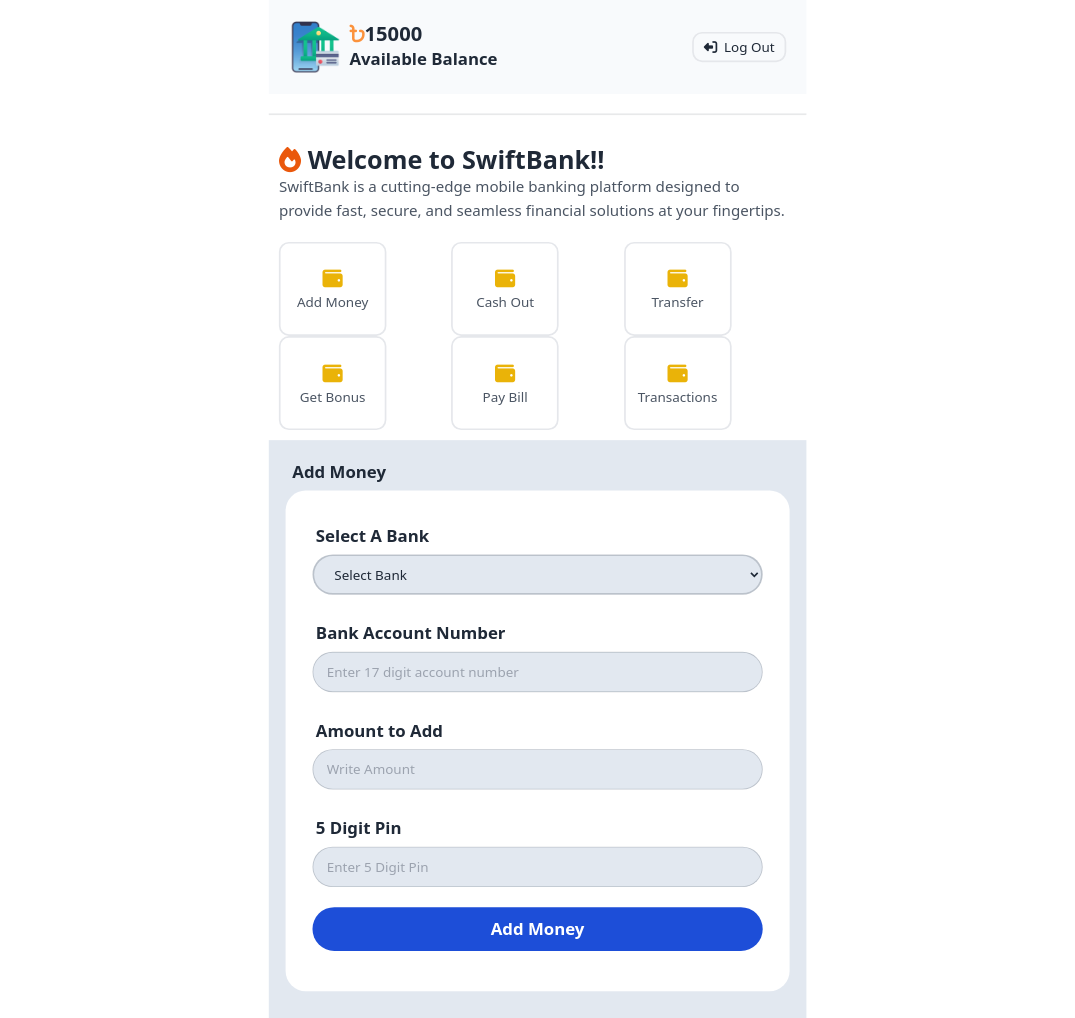
Repository: mukaddam-coder/swift-bank-mobile-banking
Page: home.html
An editor plug-in stored every save of this project. The page is shown before and after the next save, followed by the edit.
The browser window is 1280 px wide. The pictures show the whole page, at 84% of full size.
Some web libraries are served in a nearby version.

Above is the page before, as saved 2024-12-16 21:19:01.

### home.html
<!DOCTYPE html>
<html lang="en">
<head>
    <meta charset="UTF-8">
    <meta name="viewport" content="width=device-width, initial-scale=1.0">
    <title>SwiftBank</title>
    <!-- Fontawesome CDN -->
    <script src="https://kit.fontawesome.com/c4e7b2ed2f.js" crossorigin="anonymous"></script>
    <!-- Google Fonts -->
    <link rel="preconnect" href="https://fonts.googleapis.com">
    <link rel="preconnect" href="https://fonts.gstatic.com" crossorigin>
    <link href="https://fonts.googleapis.com/css2?family=Montserrat:ital,wght@0,100..900;1,100..900&display=swap" rel="stylesheet">
    <!-- Tailwind + DaisyUi CDN -->
    <link href="https://cdn.jsdelivr.net/npm/daisyui@4.12.19/dist/full.min.css" rel="stylesheet" type="text/css" />
    <script src="https://cdn.tailwindcss.com"></script>

</head>
<body>

<main>
  <div class="w-1/2 mx-auto p-6 bg-slate-50 h-full flex justify-between items-center">
    <div class="flex gap-2">
        <!-- Logo -->
    <div>
    <img class="w-16 h-16" src="images/mobile-banking.png">
    </div>
    <div>
   <h2 class="text-2xl font-bold" id="main-balance">
   <i class="fa-solid fa-bangladeshi-taka-sign text-orange-400"></i>15000</h2>
   <p class="font-semibold text-xl">Available Balance</p>
</div>
</div>
<div>
<button class="border-2 w-28 px-1 py-1 rounded-xl"> <i class="fa-solid fa-right-from-bracket rotate-180 mr-2"></i>Log Out</button>
</div>
        </div>
    <div class="divider w-1/2 mx-auto"></div>
    <!-- Greetings Section -->
        <section class="w-1/2 mx-auto p-3">
            <h1 class="font-bold text-3xl"><i class="fa-solid fa-fire text-orange-600 text-3xl mr-2"></i>Welcome to SwiftBank!!</h1>
            <p class="text-gray-600 text-lg">
                SwiftBank is a cutting-edge mobile banking platform designed to provide fast, secure, and seamless financial solutions at your fingertips.
            </p>
        </section>
     <!-- User Actionable Dashboard -->

     <section class="w-1/2 mx-auto">
        <div class="grid grid-cols-3 p-3">
          <div class=>
            <button id="show-add-money-section" class="border-2 w-32 h-28 rounded-xl bg-white text-gray-600">
            <p>
              <i class="fa-solid fa-wallet text-yellow-500 text-2xl"></i>
            </p>
            Add Money
           </button>
        </div>
          <div class>
             <button id="show-cash-out-section" class="border-2 w-32 h-28 rounded-xl bg-white text-gray-600">
              <p><i class="fa-solid fa-wallet text-yellow-500 text-2xl"></i></p>
                Cash Out
              </button>
            </div>
          <div>
          <button id="show-money-transfer-section" class="border-2 w-32 h-28 rounded-xl bg-white text-gray-600">
              <p><i class="fa-solid fa-wallet text-2xl text-yellow-500"></i></p>
                Transfer
              </button>
            </div>
          <div class="">
        <button id="show-get-bonus-section" class="border-2 w-32 h-28 rounded-xl bg-white text-gray-600">
            <p><i class="fa-solid fa-wallet text-2xl text-yellow-500"></i></p>
                Get Bonus
            </button>
          </div>
        <div class="">
          <button id="show-pay-bill-section" class="border-2 w-32 h-28 rounded-xl bg-white text-gray-600">
              <p><i class="fa-solid fa-wallet text-2xl text-yellow-500"></i></p>
                      Pay Bill
            </button>
          </div>
        <div class="">
          <button id="show-transaction-history" class="border-2 w-32 h-28 rounded-xl bg-white text-gray-600">
              <p><i class="fa-solid fa-wallet text-2xl text-yellow-500"></i></p>
                      Transactions
              </button>
            </div>

        </div>
      </section>
      <!-- Add Money Section Start -->
      <section id ="add-money-section" class="w-1/2 mx-auto px-5 py-4 bg-slate-200">
        <h2 class="p-2 font-bold text-xl">Add Money</h2>
        <form class="card-body bg-white rounded-3xl">
            <div class="form-control mb-4">
              <label class="label">
                <span class="label-text font-semibold text-xl">Select A Bank</span>
              </label>
              <select id="bank"  class="input-bordered rounded-full bg-slate-200 h-12 px-5 border-2">
                <option value="Select Bank">Select Bank</option>
                <option value="AB Bank PLC">AB Bank PLC</option>
                <option value="Bangladesh Commerce Bank Limited">Bangladesh Commerce Bank Limited</option>
                <option value="Islami Bank Bangladesh PLC">Islami Bank Bangladesh PLC</option>
                <option value="Dutch-Bangla Bank PLC">Dutch-Bangla Bank PLC</option>
                <option value="Jamuna Bank Limited">Jamuna Bank Limited</option>
                <option value="Trust Bank PLC">Trust Bank PLC</option>
              </select>
              </div>
            <div class="form-control mb-4">
              <label class="label">
                <span class="label-text font-semibold text-xl">Bank Account Number</span>
              </label>
              <input id="input-bank-account-field" type="text" placeholder="Enter 17 digit account number" class="input input-bordered rounded-full bg-slate-200" required />
            </div>
            <div class="form-control mb-4">
              <label class="label">
                <span class="label-text font-semibold text-xl">Amount to Add</span>
              </label>
              <input id="input-amount-field" type="text" placeholder="Write Amount" class="input input-bordered rounded-full bg-slate-200" required />
              </div>
            <div class="form-control mb-4">
              <label class="label">
                <span class="label-text font-semibold text-xl">5 Digit Pin</span>
              </label>
              <input id="input-add-money-pin-number" type="password" placeholder="Enter 5 Digit Pin" class="input input-bordered rounded-full bg-slate-200" required />
              </div>
            <div class="form-control mb-4">
              <button id="btn-add-money" class="bg-blue-700 font-bold text-xl text-white p-3 rounded-full">Add Money</button>
            </div>
          </form>
          <!-- Result Message -->
        <p id="result-message" class="text-center font-bold text-lg mt-4"></p>
      </section>
      <!-- Add Money Section End -->

      <!-- Cash Out Section Start -->
      <section id ="cash-out-section" class="hidden w-1/2 mx-auto px-5 py-4 bg-slate-200">
        <h2 class="p-2 font-bold text-xl">Cash Out</h2>
        <form class="card-body bg-white rounded-3xl">
            <div class="form-control mb-4">
              <label class="label">
                <span class="label-text font-semibold text-xl">Agent Number</span>
              </label>
              <input type="number" id="input-cash-out-phone" placeholder="Enter 11 digit number" class="input input-bordered rounded-full bg-slate-200" maxlength="11" required >
              </div>
             <div class="form-control mb-4">
              <label class="label">
                <span class="label-text font-semibold text-xl">Withdrawal Amount</span>
              </label>
              <input id="input-cash-out-field" type="text" placeholder="Write Amount" class="input input-bordered rounded-full bg-slate-200" required />
            </div>
            <div class="form-control mb-4">
              <label class="label">
                <span class="label-text font-semibold text-xl">5 Digit Pin</span>
              </label>
              <input id="input-cash-out-pin-number" type="password" placeholder="Enter 5 Digit Pin" class="input input-bordered rounded-full bg-slate-200" required />
              </div>
          <div class="form-control mb-4">
              <button id="btn-cash-out" class="bg-blue-700 font-bold text-xl text-white p-3 rounded-full">Cash Out</button>
            </div>
          </form>
      </section>
     <!-- Cash Out Section End -->

     <!-- Money Transfer Section Start -->
     <section id ="money-transfer-section" class="hidden w-1/2 mx-auto px-5 py-4 bg-slate-200">
      <h2 class="p-2 font-bold text-xl">Money Transfer</h2>
      <form class="card-body bg-white rounded-3xl">
          <div class="form-control mb-4">
            <label class="label">
              <span class="label-text font-semibold text-xl">User Account Number</span>
            </label>
            <input type="number" id="input-money-transfer-number" placeholder="Enter 11 digit number" class="input input-bordered rounded-full bg-slate-200" maxlength="11" required >
            </div>
           <div class="form-control mb-4">
            <label class="label">
              <span class="label-text font-semibold text-xl">Amount</span>
            </label>
            <input id="input-money-transfer-amount" type="text" placeholder="Enter Amount to transfer" class="input input-bordered rounded-full bg-slate-200" required />
          </div>
          <div class="form-control mb-4">
            <label class="label">
              <span class="label-text font-semibold text-xl">5 Digit Pin</span>
            </label>
            <input id="input-money-transfer-pin" type="password" placeholder="Enter 5 Digit Pin" class="input input-bordered rounded-full bg-slate-200" required />
            </div>
           <div class="form-control mb-4">
            <button id="btn-money-transfer" class="bg-blue-700 font-bold text-xl text-white p-3 rounded-full">Send Now</button>
          </div>
        </form>
    </section>
     <!-- Money Transfer Section End -->

     <!-- Get Bonus Section Start -->
     <section id ="get-bonus-section" class="hidden w-1/2 mx-auto px-5 py-4 bg-slate-200">
      <h2 class="p-2 font-bold text-xl">Get Bonus</h2>
      <form class="card-body bg-white rounded-3xl">
          <div class="form-control mb-4">
            <label class="label">
              <span class="label-text font-semibold text-xl">Bonus Coupon</span>
            </label>
            <input type="text" id="input-bonus-coupon" placeholder="Enter coupon code" class="input input-bordered rounded-full bg-slate-200" maxlength="11" required >
            </div>

           <div class="form-control mb-4">
            <button id="btn-get-bonus" class="bg-blue-700 font-bold text-xl text-white p-3 rounded-full">Get Bonus</button>
          </div>
        </form>
    </section>
     <!-- Get Bonus Section End -->

     <!-- Pay Bill Section Start -->
     <section id ="pay-bill-section" class="hidden w-1/2 mx-auto px-5 py-4 bg-slate-200">
      <h2 class="p-2 font-bold text-xl">Pay Bill</h2>
      <form class="card-body bg-white rounded-3xl">
          <div class="form-control mb-4">
            <label class="label">
              <span class="label-text font-semibold text-xl">Select to Pay</span>
            </label>
            <select id="payment-list"  class="input-bordered rounded-full bg-slate-200 h-12 px-5 border-2">
              <option value="Select option">Select Payment Option</option>
              <option value="Electricity Bill">Electricity Bill</option>
              <option value="Gas Bill">Gas Bill</option>
              <option value="Water Bill">Water Bill</option>
              <option value="Internet Bill">Internet Bill</option>
              <option value="Mobile Recharge">Mobile Recharge</option>
              <option value="Tax Payments">Tax Payments</option>
              <option value="College/University Tuition Fees">College/University Tuition Fees</option>
              <option value="Bus/Train Tickets">Bus/Train Tickets</option>
              <option value="Bus/Train Tickets">Passport or Visa Fees</option>
              <option value="Credit Card Bill Payments">Credit Card Bill Payments</option>
            </select>
            </div>
           <div class="form-control mb-4">
            <label class="label">
              <span class="label-text font-semibold text-xl">Billar Account Number</span>
            </label>
            <input id="input-billar-account-number-field" type="text" placeholder="Enter account number" class="input input-bordered rounded-full bg-slate-200" required />
            </div>
          <div class="form-control mb-4">
            <label class="label">
              <span class="label-text font-semibold text-xl">Amount to Pay</span>
            </label>
            <input id="input-pay-bill-amount-field" type="number" placeholder="Write Amount" class="input input-bordered rounded-full bg-slate-200" required />
            </div>
          <div class="form-control mb-4">
            <label class="label">
              <span class="label-text font-semibold text-xl">5 Digit Pin</span>
            </label>
            <input id="input-pay-bill-pin-number" type="password" placeholder="Enter 5 Digit Pin" class="input input-bordered rounded-full bg-slate-200" required />
            </div>
          <div class="form-control mb-4">
            <button id="btn-pay-bill" class="bg-blue-700 font-bold text-xl text-white p-3 rounded-full">Pay Now</button>
          </div>
        </form>
        <!-- Result Message -->
        <p id="result-message" class="text-center font-bold text-lg mt-4"></p>
    </section>
     <!-- Pay Bill Section End -->

     <!-- Transaction History Start -->
     <section id ="transaction-history-section" class="hidden w-1/2 mx-auto px-5 py-4 bg-slate-200">
      <div class="flex justify-between items-center">
        <h2 class="p-2 font-bold text-xl">Transaction History</h2>
        <p class="p-2">
          <a href="#">View All</a>
        </p>
      </div>

      <div id="transaction-container">

      </div>
    </section>
     <!-- Transaction History End -->
      <script src="Jscript/utilities.js"></script>
      <script src="Jscript/add-money.js"></script>
      <script src="Jscript/cash-out.js"></script>
      <script src="Jscript/features.js"></script>
      <script src="Jscript/money-transfer.js"></script>
      <script src="Jscript/bonus.js"></script>
      <script src="Jscript/pay-bill.js"></script>
       </main>

</body>
</html>

### Jscript/utilities.js
function getInputFieldValueById(id){
    const inputValue = document.getElementById(id).value;
    const inputNumber = parseFloat(inputValue);
    return inputNumber;
}


function getTextFieldValueById(id){
    const textValue = document.getElementById(id).innerText;
    const textNumber = parseFloat(textValue);
    return textNumber;
}

function showSectionById(id){
    // Hide all the section
    document.getElementById('add-money-section').classList.add('hidden');
    document.getElementById('cash-out-section').classList.add('hidden');
    document.getElementById('money-transfer-section').classList.add('hidden');
    document.getElementById('get-bonus-section').classList.add('hidden');
    document.getElementById('pay-bill-section').classList.add('hidden');
//    Show the section with the provided id
    document.getElementById(id).classList.remove('hidden');
};

### Jscript/features.js

// The add money section will show when the add money button is clicked.
document.getElementById('show-add-money-section').addEventListener('click', function(){
    showSectionById('add-money-section');
});

// The cash-out section will show when the cash-out button is clicked.
document.getElementById('show-cash-out-section').addEventListener('click', function(){
    showSectionById('cash-out-section')
});

// The money transfer section will show when the money transfer button is clicked.

document.getElementById('show-money-transfer-section').addEventListener('click', function(){
    showSectionById('money-transfer-section');
});


document.getElementById('show-get-bonus-section').addEventListener('click', function(){
    showSectionById('get-bonus-section');
});

document.getElementById('show-pay-bill-section').addEventListener('click', function(){
    showSectionById('pay-bill-section');
});


document.getElementById('show-transaction-history').addEventListener('click', function(){
    showSectionById('transaction-history-section');
})

### Jscript/bonus.js
document.getElementById('btn-get-bonus').addEventListener('click', function(event){
    event.preventDefault();
    const getBonusInput = document.getElementById('input-bonus-coupon').value.trim();
    const mainBalanceText = document.getElementById('main-balance').innerText;
    const mainBalance = parseFloat(mainBalanceText);
    const couponCode = 'BONUS10';

    if(getBonusInput === couponCode){
        const bonusAmount = 100;
        const newBalance = mainBalance + bonusAmount;
        document.getElementById('main-balance').innerText = newBalance;
    }
    else{
        alert('Invalid Coupon Code! Please try again.')
    }
})

### Jscript/pay-bill.js
document.getElementById('btn-pay-bill').addEventListener('click', function(event){
         event.preventDefault();

         const paymentList = document.getElementById('payment-list').value;
         const accountNumber = getInputFieldValueById('input-billar-account-number-field');
         const payBillAmount = getInputFieldValueById('input-pay-bill-amount-field');
         const payBillPin = getInputFieldValueById('input-pay-bill-pin-number');

         const mainBalance = getTextFieldValueById('main-balance');

         if(isNaN(payBillAmount)){
            alert('Please enter a positive number.');
            return;
         }

         if(payBillAmount <= 0){
            alert('Please enter a valid amount greater than 0.');
            return;
         }

         if(payBillAmount > mainBalance){
            alert('You do not have sufficient balance to complete the payment.')
            return;
         }

         if(payBillPin === 19945 && accountNumber === 1629501006323){
            const newBalance = mainBalance - payBillAmount;
            document.getElementById('main-balance').innerText = newBalance;
               // add to transaction history
               const transactionDiv = document.createElement('div');
               transactionDiv.classList.add('bg-white', 'rounded-xl', 'p-4', 'mb-4');
               transactionDiv.innerHTML = `
                   <div class = "flex items-center gap-2">
                       <p><i class="fa-solid fa-wallet text-2xl text-yellow-500 rounded-full bg-slate-200 px-3 py-2"></i></p>
                       <h2 class="p-2 font-bold text-lg">${paymentList}</h2>
                       <p class="text-md">BDT ${payBillAmount} paid for ${paymentList}</p>
                       <p class="text-sm text-gray-600">Payment successful! Remaining Balance: BDT ${newBalance}</p>
                   </div>`;

               // Append transaction to the transaction history container
               document.getElementById('transaction-container').appendChild(transactionDiv);
         }

         else{
            alert('Invalid PIN or Account Number! Please try again.')
         }
})

Loaded but not shown: Jscript/money-transfer.js (54 lines, source omitted); Jscript/cash-out.js (53 lines, source omitted); Jscript/add-money.js (48 lines, source omitted)

After the next save:
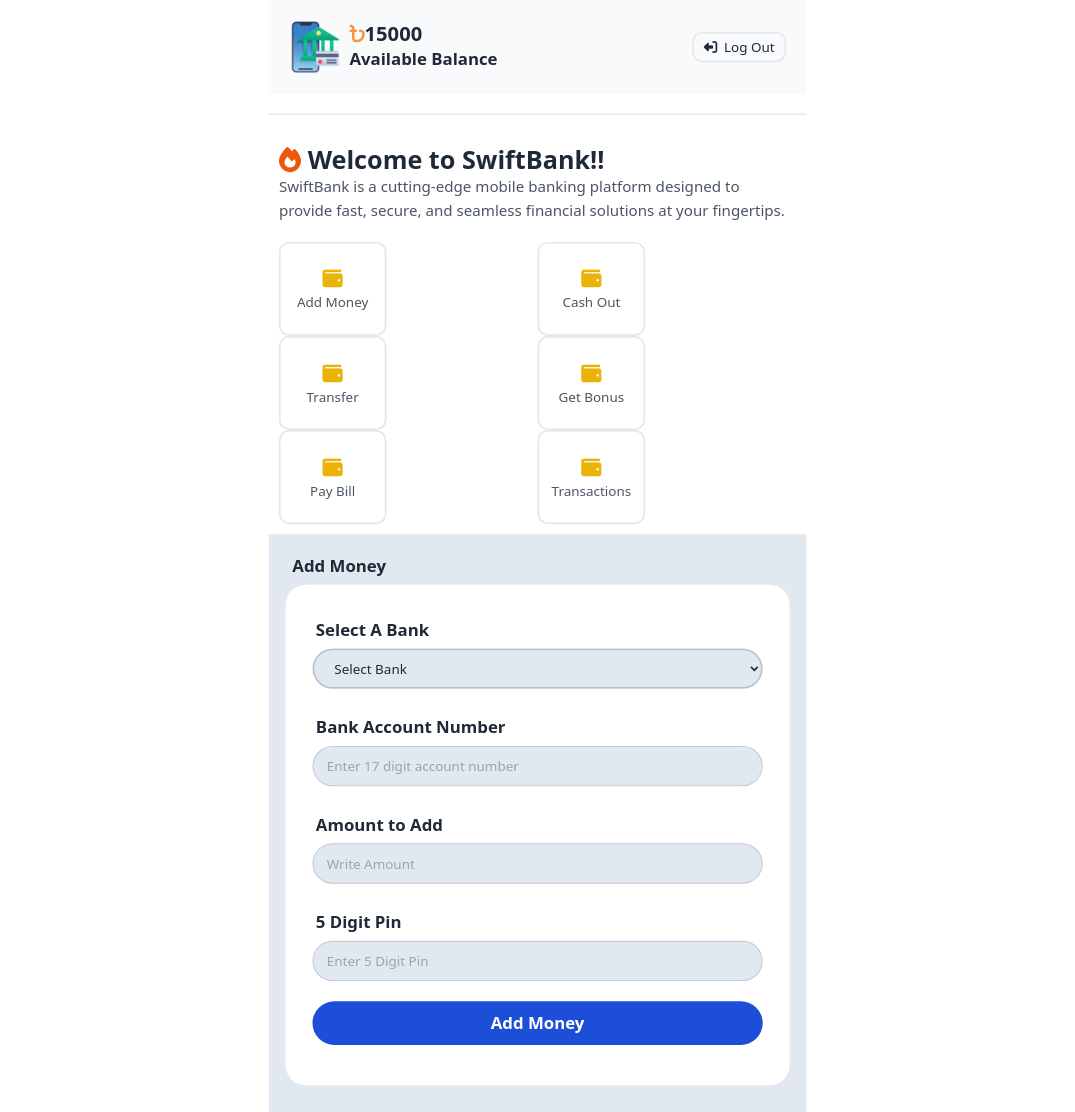
Saved 43 s later.
--- a/home.html
+++ b/home.html
@@ -45,7 +45,7 @@
      <!-- User Actionable Dashboard -->
 
      <section class="w-1/2 mx-auto">
-        <div class="grid grid-cols-3 p-3">
+        <div class="grid grid-cols-3 sm:grid-cols-2 p-3">
           <div class=>
             <button id="show-add-money-section" class="border-2 w-32 h-28 rounded-xl bg-white text-gray-600">
             <p>

After the save that followed:
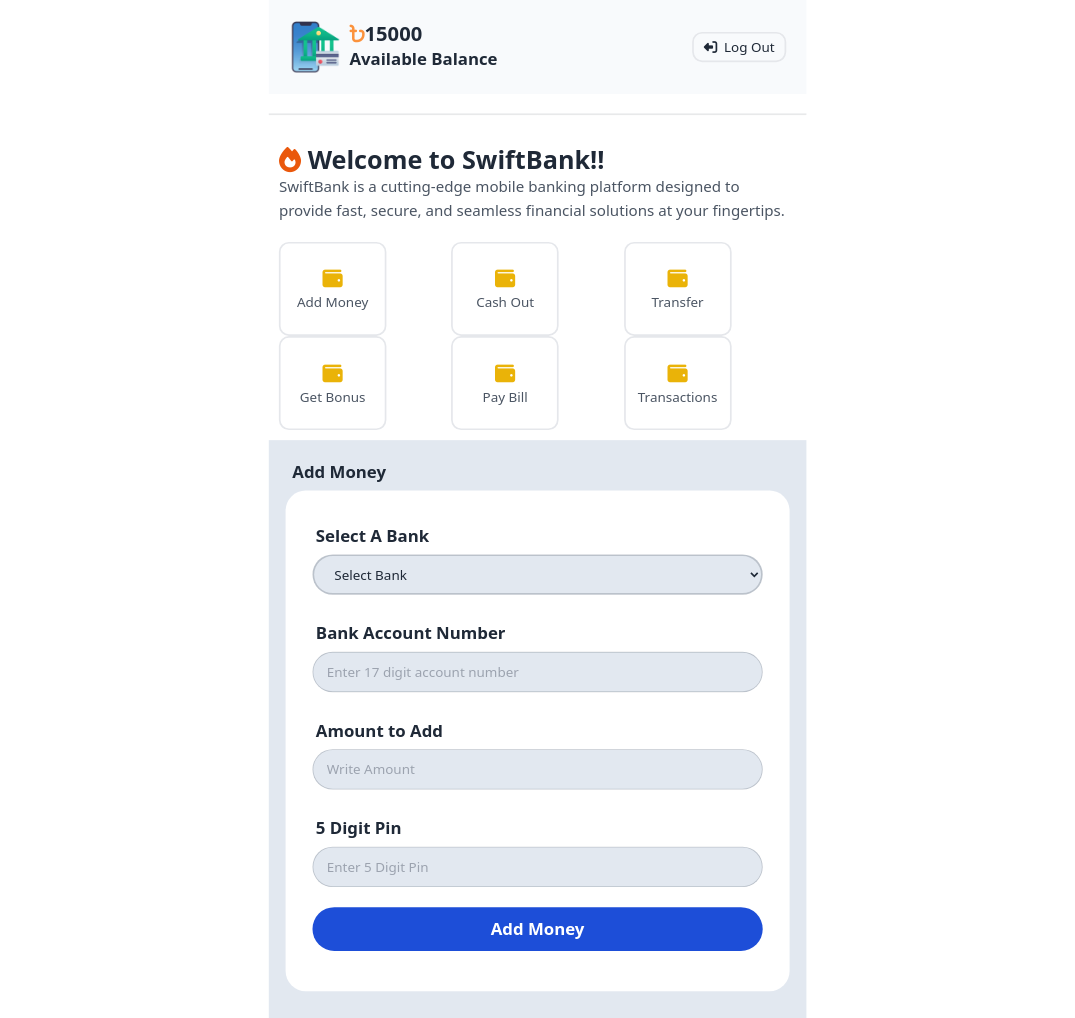
Saved 42 s later.
--- a/home.html
+++ b/home.html
@@ -45,7 +45,7 @@
      <!-- User Actionable Dashboard -->
 
      <section class="w-1/2 mx-auto">
-        <div class="grid grid-cols-3 sm:grid-cols-2 p-3">
+        <div class="grid grid-cols-3 p-3">
           <div class=>
             <button id="show-add-money-section" class="border-2 w-32 h-28 rounded-xl bg-white text-gray-600">
             <p>
